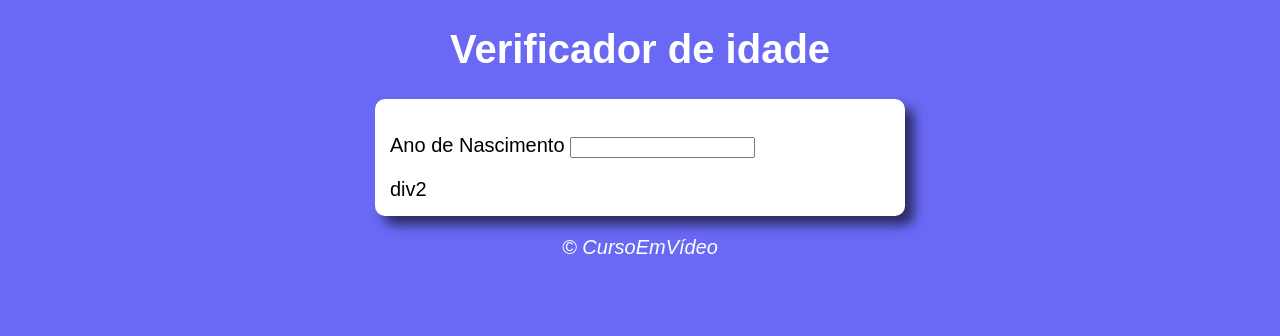
Repository: BrunoCesarAngst/ulbra
Page: 2019-2/javascript/cursoEmVideo/aula12ex/ex015_verificDeIdade/verificDeIdade.html
An editor plug-in stored every save of this project. The page is shown before and after a run of saves, followed by the edit.
The browser window is 1280 px wide. The pictures show the whole page.

Above is the page before, as saved 2019-07-15 11:34:10.

After the next 2 saves:
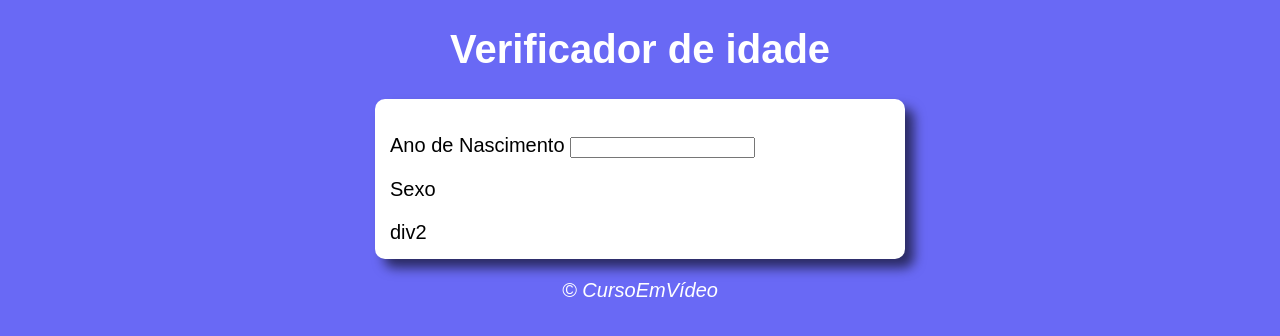
The 2 saves are shown as one change because they came seconds apart.
The last was saved 6 s later.
--- a/2019-2/javascript/cursoEmVideo/aula12ex/ex015_verificDeIdade/verificDeIdade.html
+++ b/2019-2/javascript/cursoEmVideo/aula12ex/ex015_verificDeIdade/verificDeIdade.html
@@ -16,7 +16,7 @@
             <p>Ano de Nascimento
                 <input type="number" name="txtAno" id="txtAno" min="0">
             </p>
-            <p></p>
+            <p>Sexo</p>
         </div>
         <div id="res">
             div2
